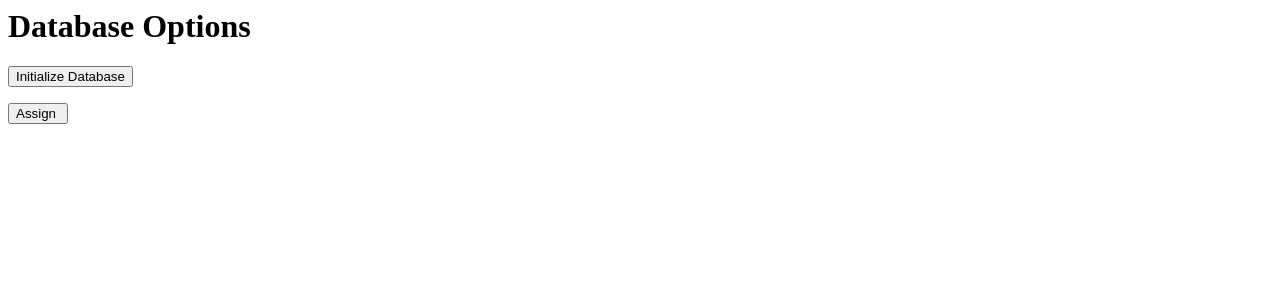
Repository: adamjeffrey871/csc4710
Page: http://localhost/CSC4710Demo/jsps/user/update.jsp
The author's editor kept a copy of each file at every save. The page is drawn from the files as they stood at one save, then again after the next save.
The browser window is 1280 px wide. The pictures show the whole page.
The page is served by Tomcat 9.

Above is the page before, as saved 2018-07-01 23:28:09.

After the next save:
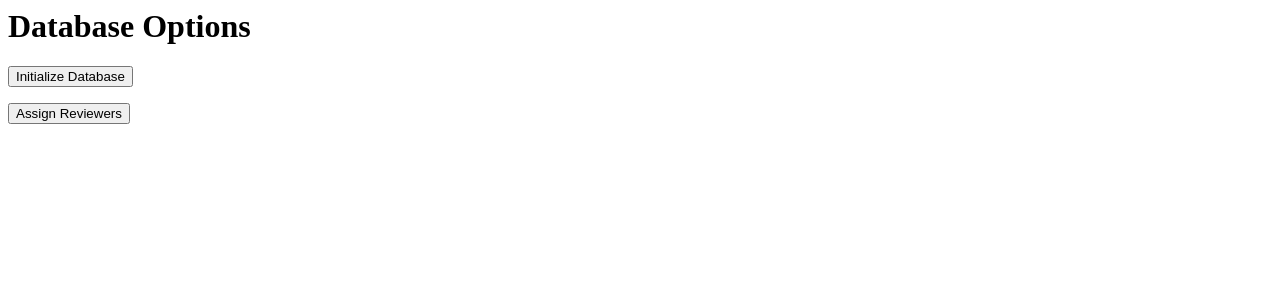
Saved 12 s later.
--- a/CSC4710Demo/WebContent/jsps/user/update.jsp
+++ b/CSC4710Demo/WebContent/jsps/user/update.jsp
@@ -32,7 +32,7 @@
 </form>
 <form action="<c:url value='/AssignThreeServlet'/>" method="post">
 
-	<input type="submit" value="Assign "/>
+	<input type="submit" value="Assign Reviewers"/>
 
 </form>
   </body>
